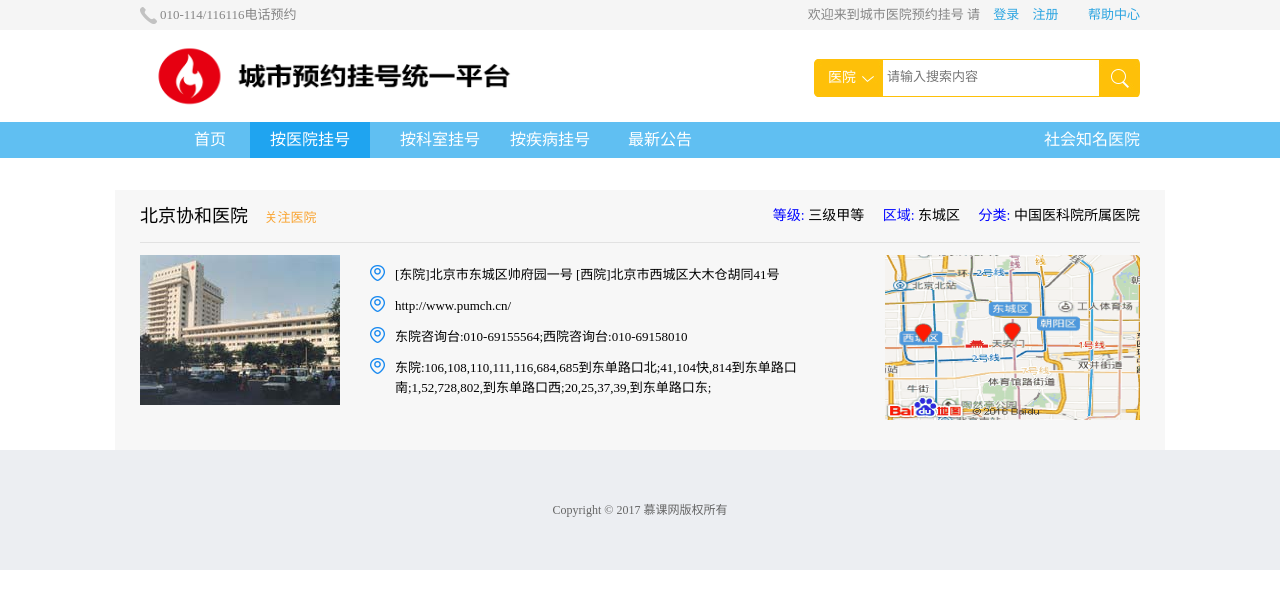
Repository: ScarApocalypse/study
Page: 挂号平台/hospital_detail.html
These files come from the project's save history. The page is drawn as it stood at one moment and after the next save; the edit follows.
The browser window is 1280 px wide. The pictures show the whole page.

Above is the page before, as saved 2019-01-22 22:41:30.

After the next save:
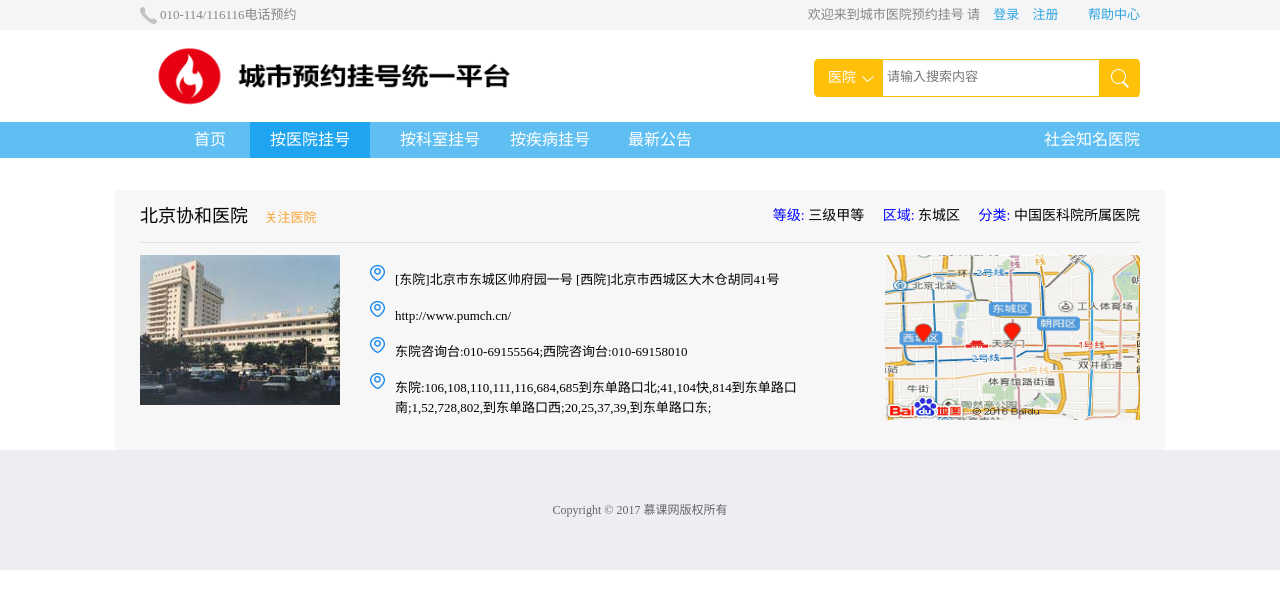
Saved 14 s later.
--- a/挂号平台/css/hospital_detail.css
+++ b/挂号平台/css/hospital_detail.css
@@ -54,6 +54,6 @@
     height:16px;
 
     margin-bottom:15px;
-    padding-top:-5px;
+    padding-top:5px;
 
 }

After the save that followed:
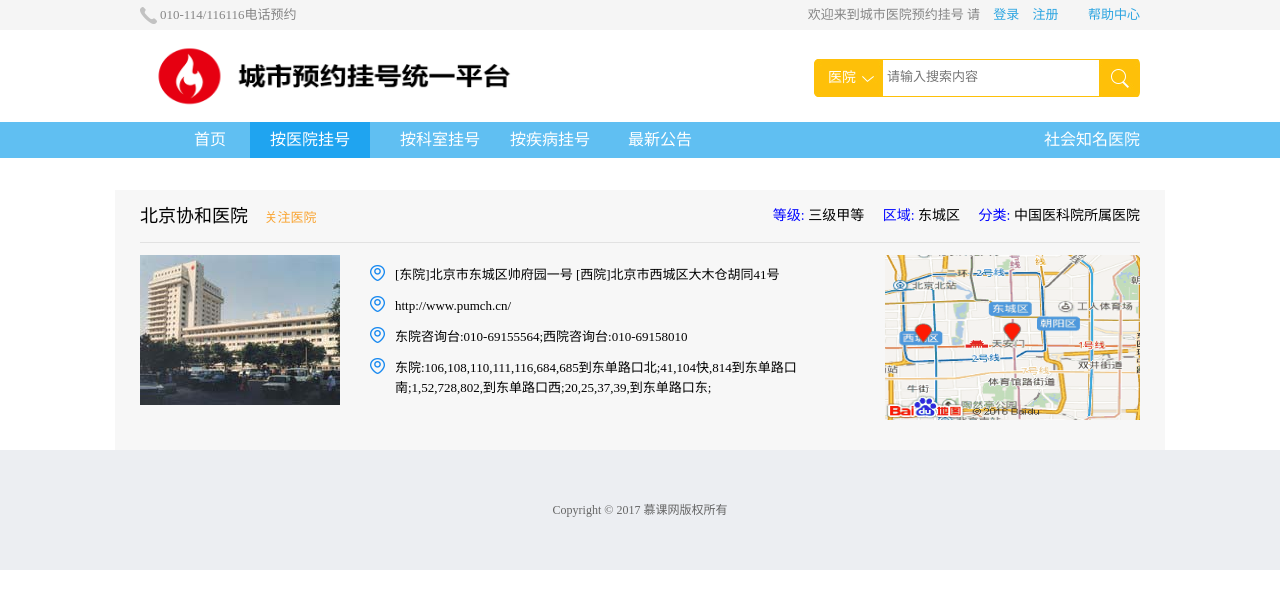
Saved 5 s later.
--- a/挂号平台/css/hospital_detail.css
+++ b/挂号平台/css/hospital_detail.css
@@ -54,6 +54,6 @@
     height:16px;
 
     margin-bottom:15px;
-    padding-top:5px;
+    padding-top:-5px;
 
 }
